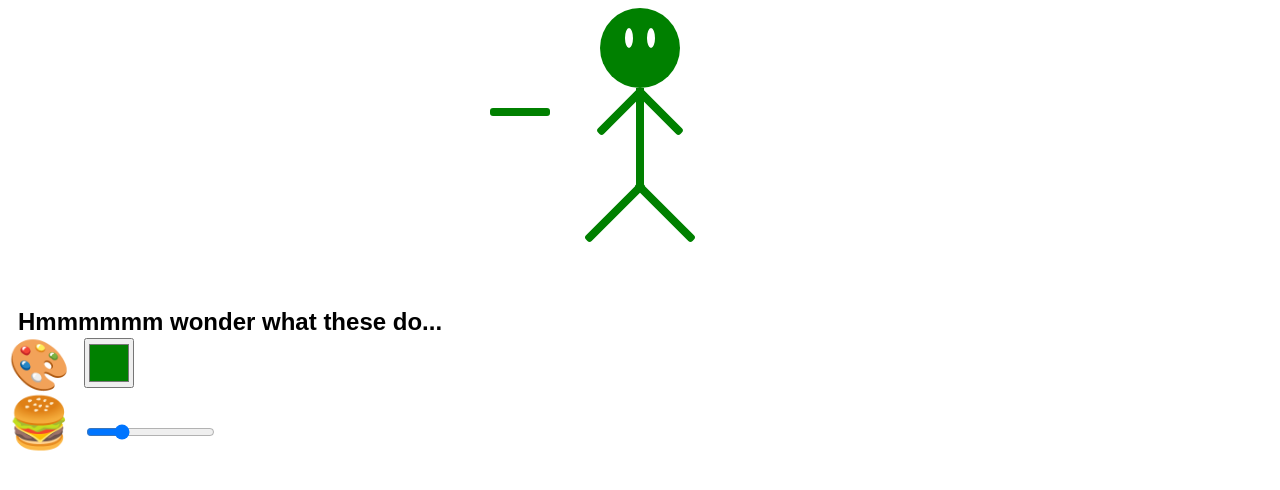
Repository: popcorn245/stick-universe
Page: index.html
These files come from the project's save history. The page is drawn as it stood at one moment and after the next save; the edit follows.
The browser window is 1280 px wide. The pictures show the whole page.

Above is the page before, as saved 2021-11-26 23:32:43.

### index.html
<!DOCTYPE html>
<html lang="en">
  <head>
    <meta charset="UTF-8" />
    <meta http-equiv="X-UA-Compatible" content="IE=edge" />
    <meta name="viewport" content="width=device-width, initial-scale=1.0" />
    <title>Document</title>
    <style>
      * {
        font-family: arial;
      }

      :root {
        --stick-color: #008000;
        --stick-width: 8px;
      }

      h2 {
        margin: 0;
        text-indent: 10px;
      }

      input[type="color"] {
        height: 50px;
      }

      label {
        display: block;
        font-size: 50px;
      }

      #stickman {
        height: 300px;
        width: 300px;
        margin: 0 auto;
        position: relative;
      }

      #stickman:hover {
        cursor: pointer;
      }

      #stickman .head {
        height: 80px;
        width: 80px;
        margin: 0 auto;
        background: var(--stick-color);
        border-radius: 100%;
        position: relative;
      }

      #stickman .head:before,
      #stickman .head:after {
        content: "";
        position: absolute;
        top: 20px;
        height: 20px;
        width: 8px;
        background: white;
        border-radius: 100%;
        animation: blink 8s infinite;
      }

      #stickman .head:before {
        left: 25px;
      }

      #stickman .head:after {
        right: 25px;
      }

      #stickman .torso {
        margin: 0 auto;
        height: 100px;
        width: var(--stick-width);
        background: var(--stick-color);
      }

      #stickman .arm,
      #stickman .leg {
        position: absolute;
        width: 60px;
        height: var(--stick-width);
        background: var(--stick-color);
        border-radius: 3px;
      }

      #stickman .arm {
        top: 100px;
      }

      #stickman .arm.left {
        transform: rotate(-45deg);
        left: 100px;
      }

      #stickman .arm.right {
        transform: rotate(45deg);
        left: 140px;
      }

      #stickman .leg {
        top: 200px;
        width: 80px;
      }

      #stickman .leg.left {
        transform: rotate(-45deg);
        left: 85px;
      }

      #stickman .leg.right {
        transform: rotate(45deg);
        left: 135px;
      }

      @keyframes blink {
        0% {
          height: 20px;
        }
        5% {
          margin-top: 5px;
          height: 0px;
        }
        10% {
          margin-top: 0;
          height: 20px;
        }
      }

      .jump-animation {
        animation: jump 3s ease;
      }

      @keyframes jump {
        0% {
          margin-top: 0px;
        }
        50% {
          margin-top: -100px;
        }
        100% {
          margin-top: 0px;
        }
      }
    </style>
    <script>
      document.addEventListener("input", (event) => {
        console.log(event);
        if (event.target.id === "color" && event.target.value) {
          document.body.style.setProperty("--stick-color", event.target.value);
        } else if (event.target.id === "weight" && event.target.value) {
          document.body.style.setProperty(
            "--stick-width",
            `${event.target.value}px`
          );
        }
      });

      document.addEventListener("keydown", (event) => {
        if (event.code === "Space") {
          const stickman = document.querySelector("#stickman");
          console.dir(stickman);
          if (stickman.classList.contains("jump-animation")) {
            stickman.classList.remove("jump-animation");
          }
          setTimeout(() => {
            stickman.classList.add("jump-animation");
          }, 200);
        }
      });
    </script>
  </head>
  <body>
    <div id="stickman">
      <div class="head"></div>
      <div class="torso"></div>
      <div class="arm left"></div>
      <div class="arm right"></div>
      <div class="leg left"></div>
      <div class="leg right"></div>
      <div class="butt"><div class="arm"></div></div>
    </div>

    <form>
      <h2>Hmmmmmm wonder what these do...</h2>
      <label for="color">
        🎨
        <input id="color" type="color" value="#008000" />
      </label>
      <label for="weight">
        🍔
        <input id="weight" type="range" value="8" min="1" max="30" />
      </label>
    </form>
  </body>
</html>

### styles.css
* {
  font-family: arial;
}

:root {
  --stick-color: #008000;
  --stick-width: 8px;
}

h2 {
  margin: 0;
  text-indent: 10px;
}

input[type="color"] {
  height: 50px;
}

label {
  display: block;
  font-size: 50px;
}

#stickman {
  height: 300px;
  width: 300px;
  margin: 0 auto;
  position: relative;
}

#stickman:hover {
  cursor: pointer;
}

#stickman .head {
  height: 80px;
  width: 80px;
  margin: 0 auto;
  background: var(--stick-color);
  border-radius: 100%;
  position: relative;
}

#stickman .head:before,
#stickman .head:after {
  content: "";
  position: absolute;
  top: 20px;
  height: 20px;
  width: 8px;
  background: white;
  border-radius: 100%;
  animation: blink 8s infinite;
}

#stickman .head:before {
  left: 25px;
}

#stickman .head:after {
  right: 25px;
}

#stickman .torso {
  margin: 0 auto;
  height: 100px;
  width: var(--stick-width);
  background: var(--stick-color);
}

#stickman .arm,
#stickman .leg {
  position: absolute;
  width: 60px;
  height: var(--stick-width);
  background: var(--stick-color);
  border-radius: 3px;
}

#stickman .arm {
  top: 100px;
}

#stickman .arm.left {
  transform: rotate(-45deg);
  left: 100px;
}

#stickman .arm.right {
  transform: rotate(45deg);
  left: 140px;
}

#stickman .leg {
  top: 200px;
  width: 80px;
}

#stickman .leg.left {
  transform: rotate(-45deg);
  left: 85px;
}

#stickman .leg.right {
  transform: rotate(45deg);
  left: 135px;
}

@keyframes blink {
  0% {
    height: 20px;
  }
  5% {
    margin-top: 5px;
    height: 0px;
  }
  10% {
    margin-top: 0;
    height: 20px;
  }
}

.jump-animation {
  animation: jump 3s ease;
}

@keyframes jump {
  0% {
    margin-top: 0px;
  }
  50% {
    margin-top: -100px;
  }
  100% {
    margin-top: 0px;
  }
}

After the next save:
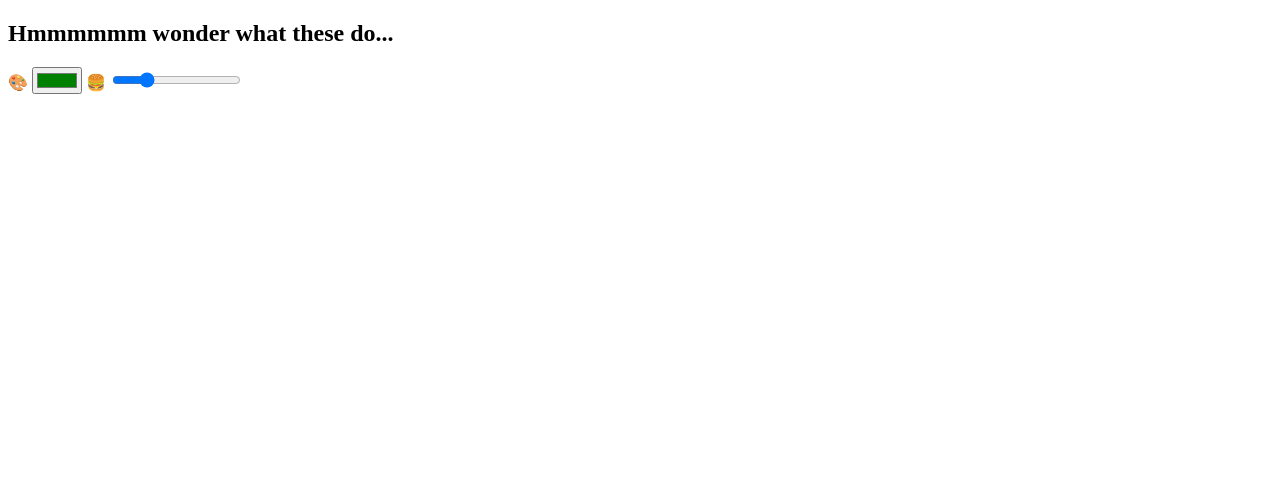
Saved 8 s later.
--- a/index.html
+++ b/index.html
@@ -5,145 +5,6 @@
     <meta http-equiv="X-UA-Compatible" content="IE=edge" />
     <meta name="viewport" content="width=device-width, initial-scale=1.0" />
     <title>Document</title>
-    <style>
-      * {
-        font-family: arial;
-      }
-
-      :root {
-        --stick-color: #008000;
-        --stick-width: 8px;
-      }
-
-      h2 {
-        margin: 0;
-        text-indent: 10px;
-      }
-
-      input[type="color"] {
-        height: 50px;
-      }
-
-      label {
-        display: block;
-        font-size: 50px;
-      }
-
-      #stickman {
-        height: 300px;
-        width: 300px;
-        margin: 0 auto;
-        position: relative;
-      }
-
-      #stickman:hover {
-        cursor: pointer;
-      }
-
-      #stickman .head {
-        height: 80px;
-        width: 80px;
-        margin: 0 auto;
-        background: var(--stick-color);
-        border-radius: 100%;
-        position: relative;
-      }
-
-      #stickman .head:before,
-      #stickman .head:after {
-        content: "";
-        position: absolute;
-        top: 20px;
-        height: 20px;
-        width: 8px;
-        background: white;
-        border-radius: 100%;
-        animation: blink 8s infinite;
-      }
-
-      #stickman .head:before {
-        left: 25px;
-      }
-
-      #stickman .head:after {
-        right: 25px;
-      }
-
-      #stickman .torso {
-        margin: 0 auto;
-        height: 100px;
-        width: var(--stick-width);
-        background: var(--stick-color);
-      }
-
-      #stickman .arm,
-      #stickman .leg {
-        position: absolute;
-        width: 60px;
-        height: var(--stick-width);
-        background: var(--stick-color);
-        border-radius: 3px;
-      }
-
-      #stickman .arm {
-        top: 100px;
-      }
-
-      #stickman .arm.left {
-        transform: rotate(-45deg);
-        left: 100px;
-      }
-
-      #stickman .arm.right {
-        transform: rotate(45deg);
-        left: 140px;
-      }
-
-      #stickman .leg {
-        top: 200px;
-        width: 80px;
-      }
-
-      #stickman .leg.left {
-        transform: rotate(-45deg);
-        left: 85px;
-      }
-
-      #stickman .leg.right {
-        transform: rotate(45deg);
-        left: 135px;
-      }
-
-      @keyframes blink {
-        0% {
-          height: 20px;
-        }
-        5% {
-          margin-top: 5px;
-          height: 0px;
-        }
-        10% {
-          margin-top: 0;
-          height: 20px;
-        }
-      }
-
-      .jump-animation {
-        animation: jump 3s ease;
-      }
-
-      @keyframes jump {
-        0% {
-          margin-top: 0px;
-        }
-        50% {
-          margin-top: -100px;
-        }
-        100% {
-          margin-top: 0px;
-        }
-      }
-    </style>
     <script>
       document.addEventListener("input", (event) => {
         console.log(event);

After the save that followed:
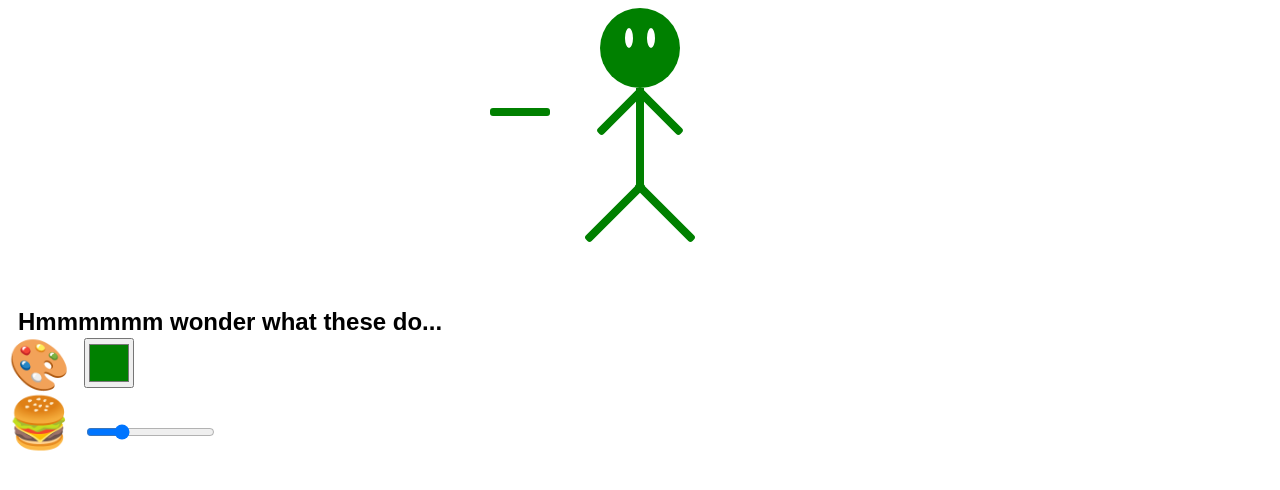
Saved 2 min 6 s later.
--- a/index.html
+++ b/index.html
@@ -5,6 +5,7 @@
     <meta http-equiv="X-UA-Compatible" content="IE=edge" />
     <meta name="viewport" content="width=device-width, initial-scale=1.0" />
     <title>Document</title>
+    <link href="styles.css" rel="stylesheet" />
     <script>
       document.addEventListener("input", (event) => {
         console.log(event);
